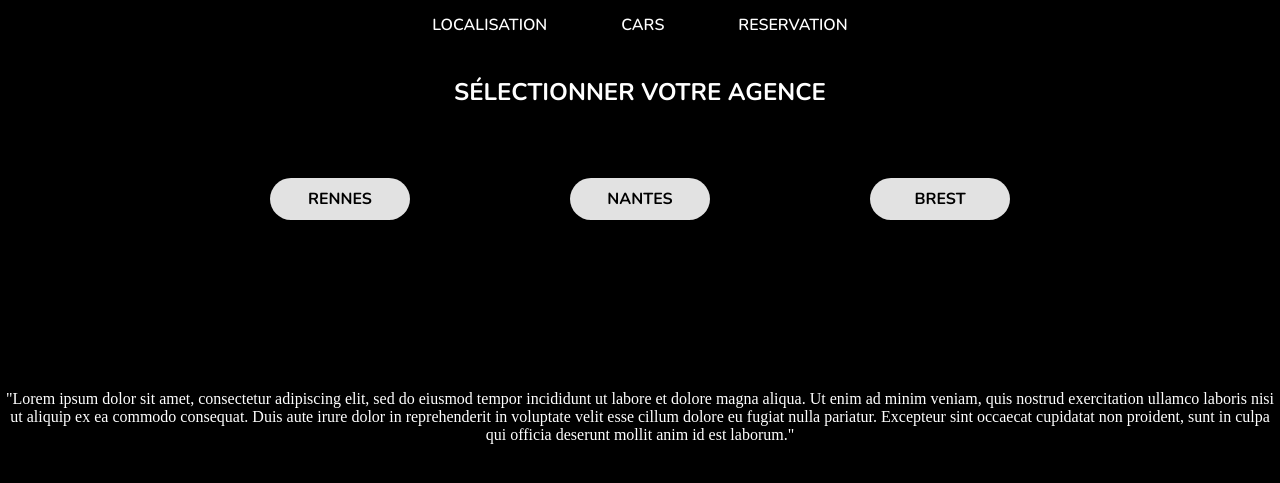
Repository: romgrm/jenaipasdevoiture
Page: src/main/java/fr/romgrm/index.html
The author's editor kept a copy of each file at every save. The page is drawn from the files as they stood at one save, then again after the next save.
The browser window is 1280 px wide. The pictures show the whole page.
An inner scrolling area shows only its first screen.

Above is the page before, as saved 2020-10-15 21:48:29.

After the next save:
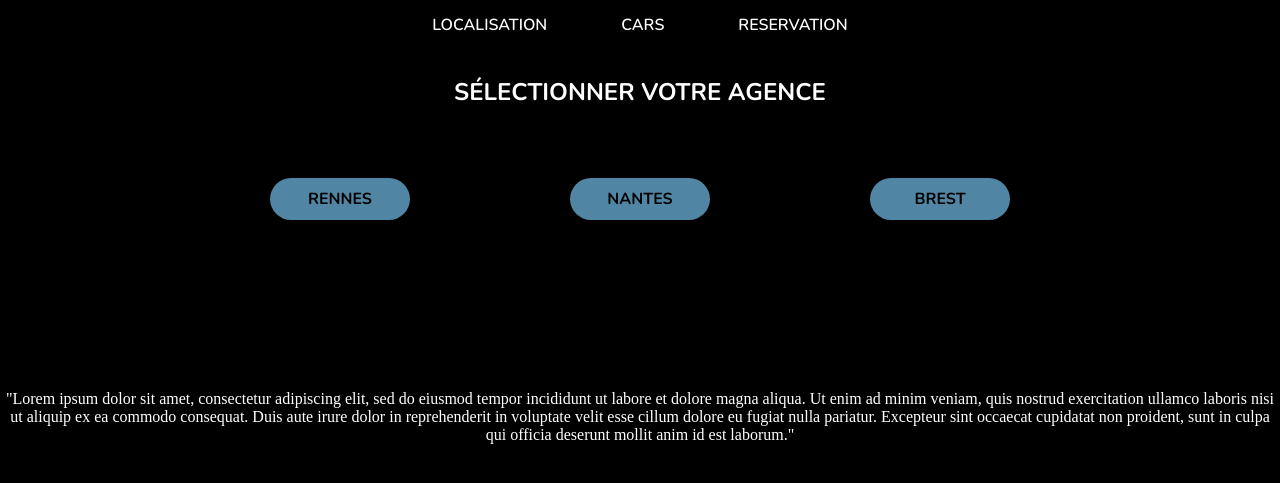
Saved 25 s later.
--- a/src/main/java/fr/romgrm/style.css
+++ b/src/main/java/fr/romgrm/style.css
@@ -143,7 +143,7 @@
     justify-content: center;
 
 }
-#LOCALISATION ul li a:hover, .agence:hover{
+#LOCALISATION:hover ul li a, .agence{
     background-color: rgb(80, 133, 163);
     color: white;
 

After the 4 saves that followed:
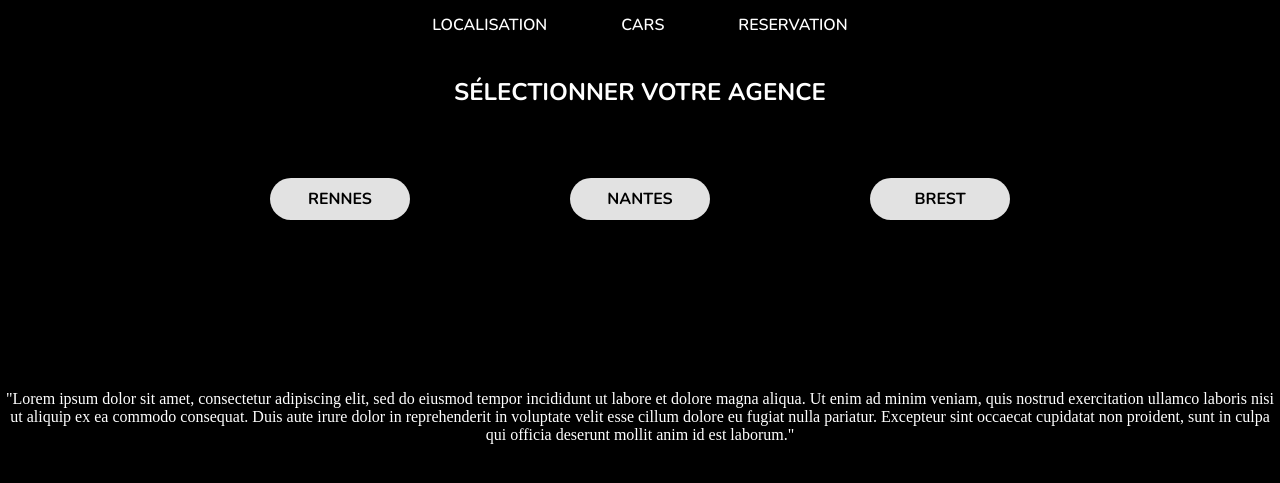
The 4 saves are shown as one change because 3 left the picture as it was.
The last was saved 82 s later.
--- a/src/main/java/fr/romgrm/style.css
+++ b/src/main/java/fr/romgrm/style.css
@@ -131,7 +131,10 @@
 #LOCALISATION ul li a:hover{
     color: white;
 }*/
-
+#LOCALISATION ul li:hover a, .agence{
+    background-color: rgb(80, 133, 163);
+    color: white;
+}
 
 .agence{
     background-color: rgb(226, 226, 226);
@@ -143,11 +146,9 @@
     justify-content: center;
 
 }
-#LOCALISATION:hover ul li a, .agence{
-    background-color: rgb(80, 133, 163);
-    color: white;
 
-}
+
+
 
 #LOCALISATION p{
 
